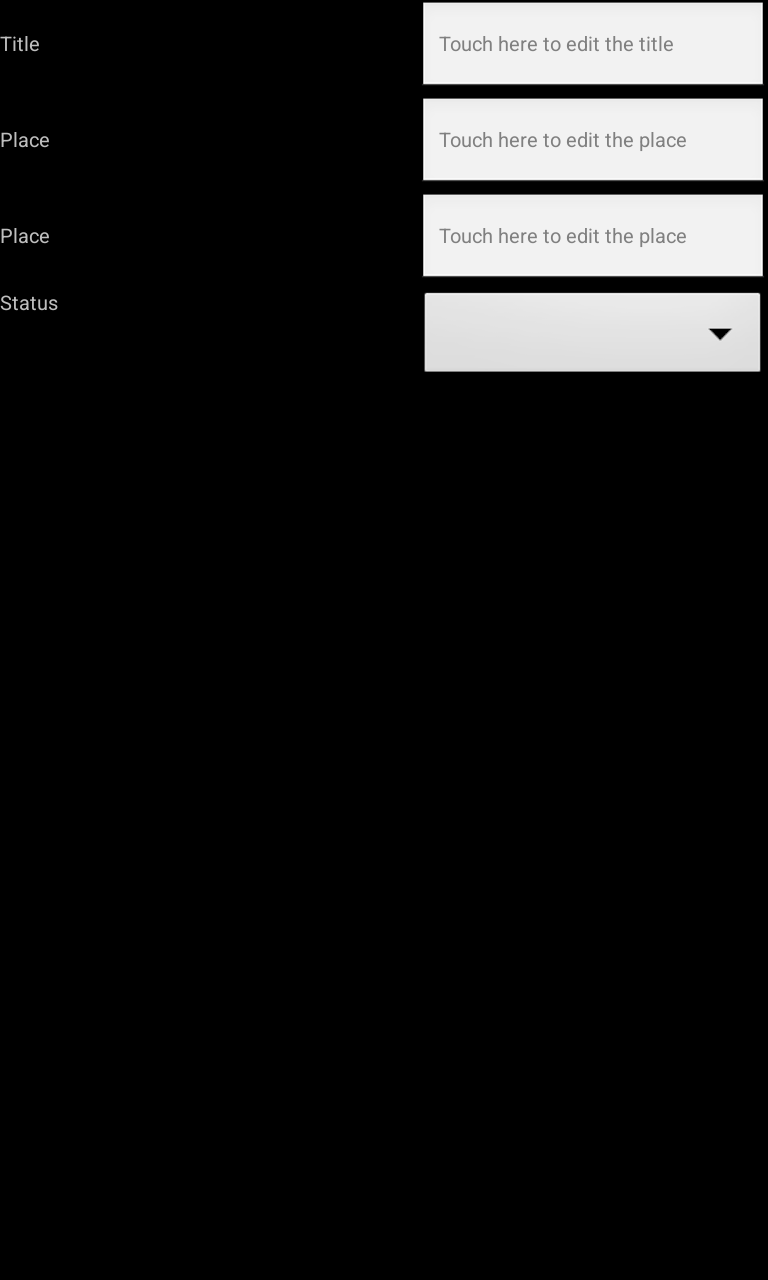
Repository: hilfialkaff/todo
Layout: ToDo_Replica/res/layout/add.xml
The author's editor kept a copy of each file at every save. The layout is drawn from the files as they stood at one save, then again after the next save.
It is drawn on a 768 x 1280 px phone screen (xhdpi) without system bars, with theme CustomTheme; the app's code is not run.

Above is the layout before, as saved 2011-03-18 01:36:22.

### ToDo_Replica/res/layout/add.xml
<?xml version="1.0" encoding="utf-8"?>
<LinearLayout xmlns:android="http://schemas.android.com/apk/res/android"
    android:layout_width="fill_parent"
    android:layout_height="fill_parent">
<ScrollView
android:id="@+id/sc_timeline"
android:layout_width="wrap_content"
android:layout_height="wrap_content"
android:scrollbars="vertical"
>
<TableLayout
	android:id="@+id/tl_add"
	android:layout_width="fill_parent"
	android:layout_height="wrap_content"
	android:stretchColumns="0">
	<TableRow
		android:id="@+id/tr_title"
		android:layout_width="fill_parent"
		android:layout_height="wrap_content">
		<TextView
			android:id="@+id/tv_title"
			android:layout_width="wrap_content"
			android:layout_height="wrap_content"
			android:text="Title"
			android:textSize="20px">
		</TextView>
		<EditText
			android:id="@+id/et_title"
			android:layout_width="350px"
			android:layout_height="wrap_content"
			android:hint="Touch here to edit the title"
			android:textSize="20px">
		</EditText>
	</TableRow>
	<TableRow
		android:id="@+id/tr_place"
		android:layout_width="fill_parent"
		android:layout_height="wrap_content">
		<TextView
			android:id="@+id/tv_place"
			android:layout_width="wrap_content"
			android:layout_height="wrap_content"
			android:text="Place"
			android:textSize="20px">
		</TextView>
		<EditText
			android:id="@+id/et_place"
			android:layout_width="350px"
			android:layout_height="wrap_content"
			android:hint="Touch here to edit the place"
			android:textSize="20px">
		</EditText>
	</TableRow>
	<TableRow
		android:id="@+id/tr_place"
		android:layout_width="fill_parent"
		android:layout_height="wrap_content">
		<TextView
			android:id="@+id/tv_place"
			android:layout_width="wrap_content"
			android:layout_height="wrap_content"
			android:text="Place"
			android:textSize="20px">
		</TextView>
		<EditText
			android:id="@+id/et_place"
			android:layout_width="350px"
			android:layout_height="wrap_content"
			android:hint="Touch here to edit the place"
			android:textSize="20px">
		</EditText>
	</TableRow>
	<TableRow
		android:id="@+id/tr_status"
		android:layout_width="fill_parent"
		android:layout_height="wrap_content">
		<TextView
			android:id="@+id/tv_status"
			android:layout_width="wrap_content"
			android:layout_height="wrap_content"
			android:text="Status"
			android:textSize="20px"
			android:gravity="center_vertical">
		</TextView>
		<Spinner
			android:id="@+id/s_status"
			android:layout_width="350px"
			android:layout_height="wrap_content">
		</Spinner>
	</TableRow>
</TableLayout>
</ScrollView>
</LinearLayout>

### ToDo_Replica/res/values/custom_style.xml
<?xml version="1.0" encoding="UTF-8"?>
<resources>
    <style name="CustomWindowTitleBackground" parent="android:WindowTitleBackground">
        <item name="android:background">@android:color/transparent</item>
    </style>
    <style name="CustomTheme" parent="android:Theme">
        <item name="android:windowTitleSize">50px</item>
        <item name="android:windowTitleBackgroundStyle">@style/CustomWindowTitleBackground</item>
    </style>
</resources>

After the next save:
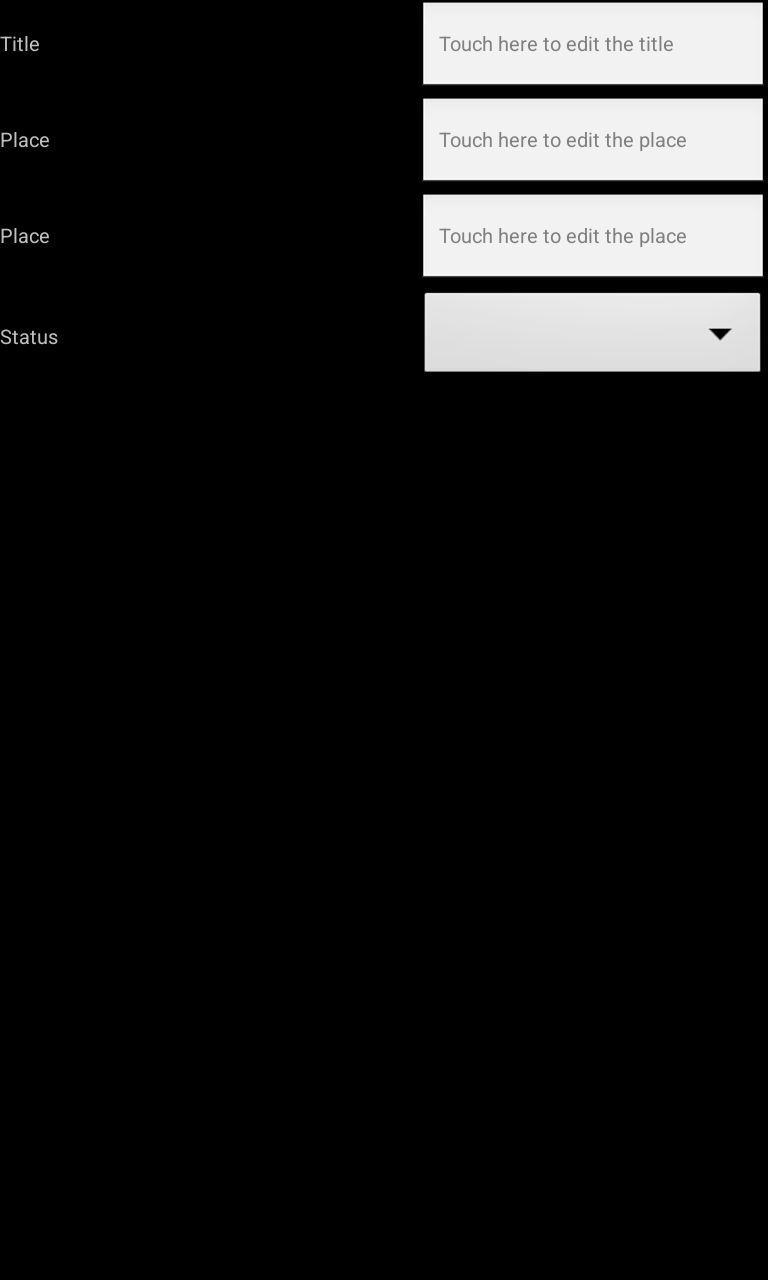
Saved 72 s later.
--- a/ToDo_Replica/res/layout/add.xml
+++ b/ToDo_Replica/res/layout/add.xml
@@ -73,14 +73,14 @@ android:scrollbars="vertical"
 	<TableRow
 		android:id="@+id/tr_status"
 		android:layout_width="fill_parent"
-		android:layout_height="wrap_content">
+		android:layout_height="wrap_content"
+		android:gravity="center_vertical">
 		<TextView
 			android:id="@+id/tv_status"
 			android:layout_width="wrap_content"
 			android:layout_height="wrap_content"
 			android:text="Status"
-			android:textSize="20px"
-			android:gravity="center_vertical">
+			android:textSize="20px">
 		</TextView>
 		<Spinner
 			android:id="@+id/s_status"
